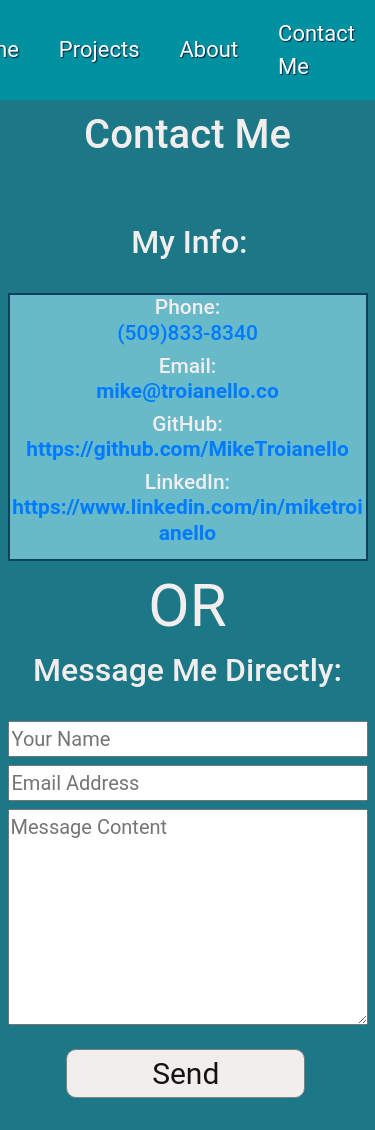
Repository: MikeTroianello/troianello
Page: /contact
These files come from the project's save history. The page is drawn as it stood at one moment and after the next save; the edit follows.
The browser window is 375 px wide. The pictures show the whole page.
The project was rebuilt for these pictures with package versions that can differ from the ones it lists, and the page was loaded fresh each time. Also part of the build but not shown: src/components/context-sensitive/Greet.js, src/components/locations/Home.js, src/components/locations/About/About.css, src/components/locations/About/AboutMobile.css, src/components/locations/About/About.js, src/components/cards/RainbowDay.js, src/components/cards/CanvasBubbles.js, src/components/cards/projectCard.css and 4 more.

Above is the page before, as saved 2019-08-03 16:51:58.

After the next save:
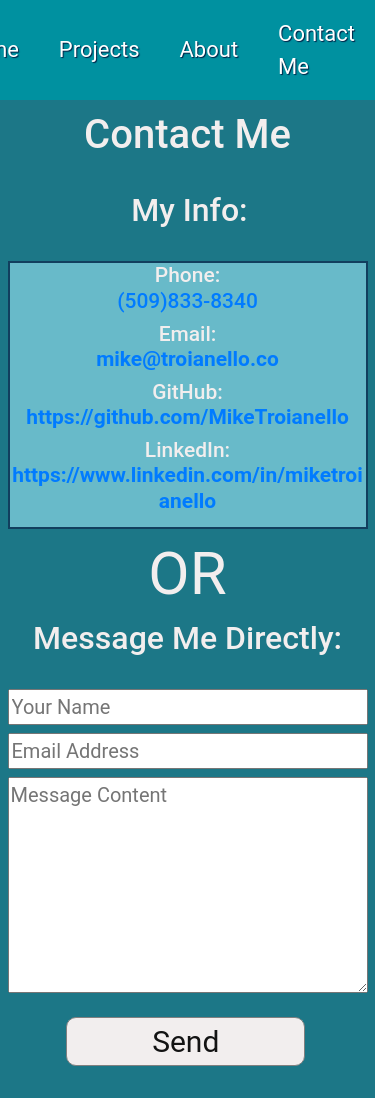
Saved 66 s later.
--- a/src/components/locations/Contact/ContactMobile.css
+++ b/src/components/locations/Contact/ContactMobile.css
@@ -8,6 +8,7 @@
 
   .contact-page h1 {
     margin: 8vh;
+    margin-bottom: 4vh;
   }
 
   .contact-page h3 {
